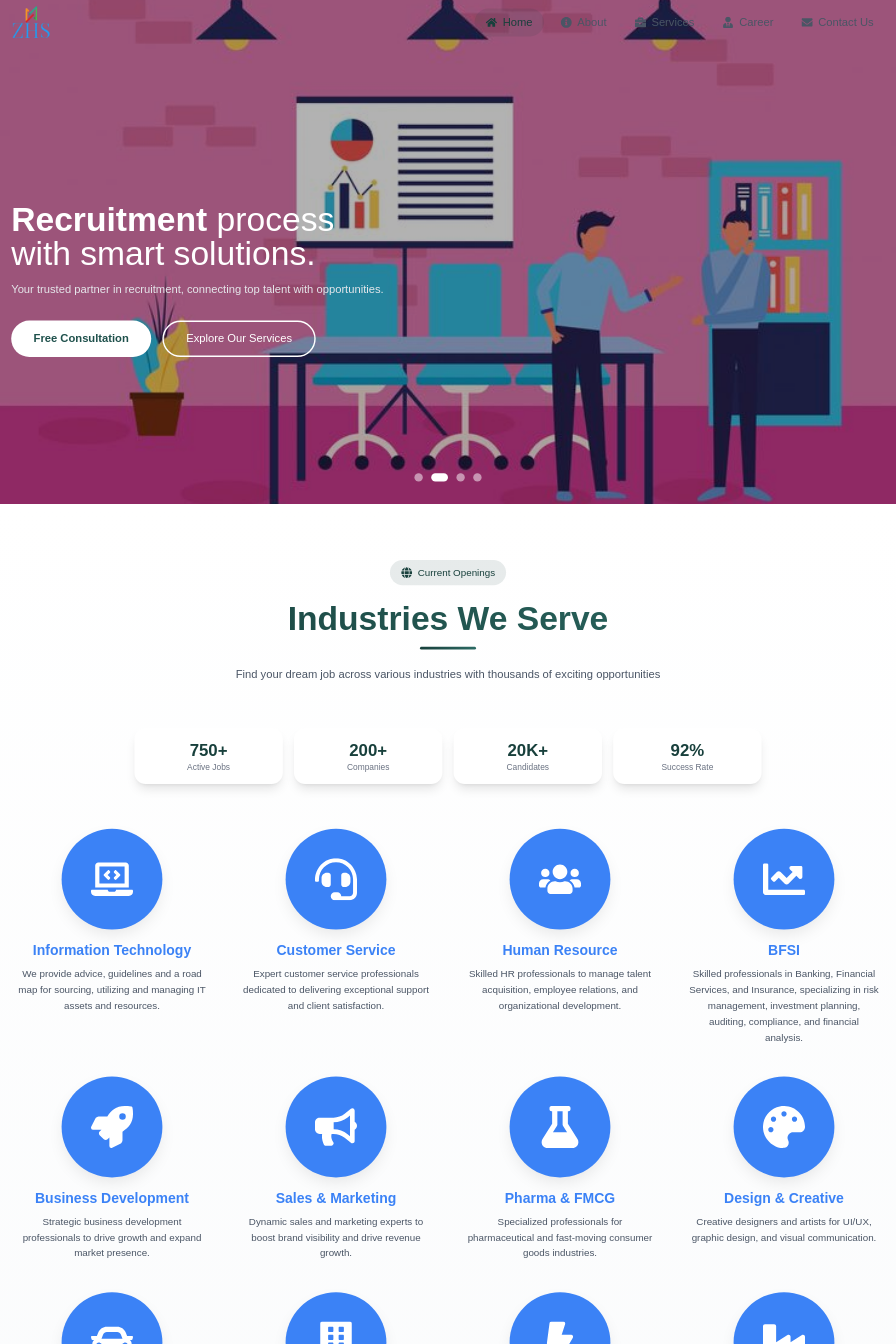
Repository: deepak445566/hiringnew
Page: / (app in hiring/)
An editor plug-in stored every save of this project. The page is shown before and after the next save, followed by the edit.
The browser window is 1280 px wide. The pictures show the part of the page from y = 0 to 1920 px (the page is 3288 px tall), at 70% of full size.
The project was rebuilt for these pictures with package versions that can differ from the ones it lists, and the page was loaded fresh each time. The framework's server and built-in components were replaced by stand-ins that run in the browser. Also part of the build but not shown: hiring/next.config.mjs.

Above is the page before, as saved 2026-03-26 14:04:10.

After the next save:
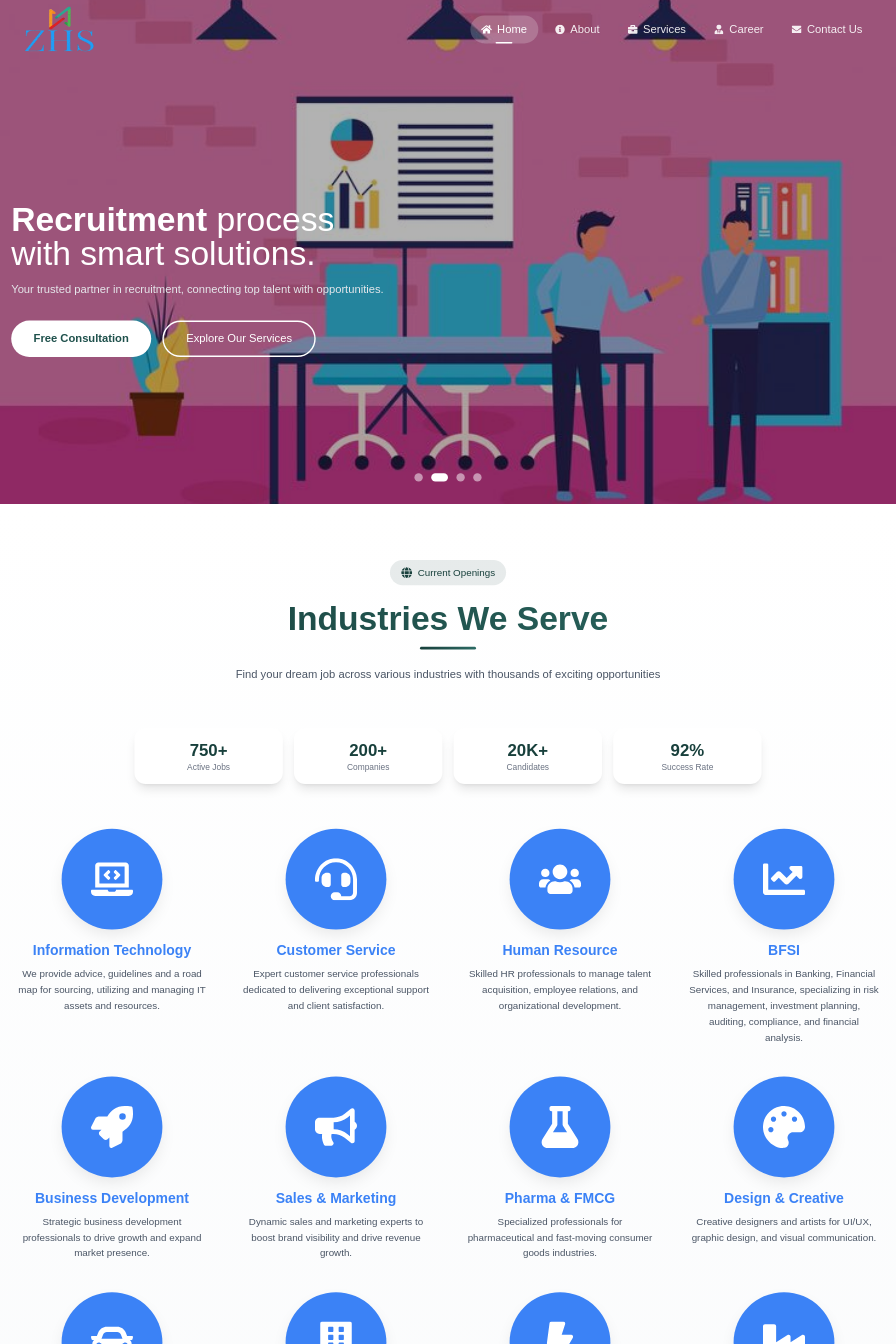
Saved 18 s later.
--- a/hiring/src/components/Navbar.jsx
+++ b/hiring/src/components/Navbar.jsx
@@ -1,8 +1,8 @@
 "use client";
 
-import { useState, useEffect } from "react";
+import React, { useState, useEffect } from "react";
+import { useRouter, usePathname } from "next/navigation";
 import Link from "next/link";
-import { usePathname } from "next/navigation";
 import {
   FaBars,
   FaTimes,
@@ -11,14 +11,18 @@ import {
   FaBriefcase,
   FaUserTie,
   FaEnvelope,
+  FaPhoneAlt,
+  FaArrowRight
 } from "react-icons/fa";
 
 const Navbar = () => {
+  const router = useRouter();
+  const pathname = usePathname();
   const [isOpen, setIsOpen] = useState(false);
   const [scrolled, setScrolled] = useState(false);
+  const [activeLink, setActiveLink] = useState("home");
 
-  const pathname = usePathname(); // ✅ current route
-
+  // Navigation links
   const navLinks = [
     { id: "home", name: "Home", path: "/", icon: FaHome },
     { id: "about", name: "About", path: "/about", icon: FaInfoCircle },
@@ -27,87 +31,130 @@ const Navbar = () => {
     { id: "contact", name: "Contact Us", path: "/contact", icon: FaEnvelope },
   ];
 
-  // Scroll effect
+  // Handle scroll effect
   useEffect(() => {
     const handleScroll = () => {
-      setScrolled(window.scrollY > 50);
+      if (window.scrollY > 50) {
+        setScrolled(true);
+      } else {
+        setScrolled(false);
+      }
     };
 
     window.addEventListener("scroll", handleScroll);
     return () => window.removeEventListener("scroll", handleScroll);
   }, []);
 
+  // Handle active link based on current path
+  useEffect(() => {
+    const active = navLinks.find(link => link.path === pathname);
+    if (active) {
+      setActiveLink(active.id);
+    }
+  }, [pathname]);
+
+  const handleNavClick = (id, path) => {
+    setActiveLink(id);
+    setIsOpen(false);
+    router.push(path);
+  };
+
   return (
-    <nav
-      className={`fixed top-0 left-0 w-full z-50 transition-all duration-300 ${
-        scrolled ? "bg-white shadow-lg py-2" : "bg-transparent py-2"
-      }`}
-    >
-      <div className="container mx-auto px-4">
+    <nav className={`fixed top-0 left-0 w-full z-50 transition-all duration-300 park ${
+      scrolled ? "bg-white shadow-lg py-2" : "bg-transparent py-2"
+    }`}>
+      <div className="container mx-auto px-4 sm:px-6 lg:px-8">
         <div className="flex justify-between items-center">
+          {/* Logo Section */}
+          <div
+            className="flex items-center cursor-pointer group"
+            onClick={() => handleNavClick("home", "/")}
+          >
+            <div className="relative">
+              <img src="/images/logo5.png" className="h-17 w-26" alt="Logo"/>
+            </div>
+          </div>
 
-          {/* Logo */}
-          <Link href="/" className="cursor-pointer">
-            <img src="/images/logo5.png" className="h-12 w-auto" alt="logo" />
-          </Link>
-
-          {/* Desktop */}
-          <div className="hidden md:flex items-center gap-2">
+          {/* Desktop Navigation Links */}
+          <div className="hidden md:flex items-center space-x-1 lg:space-x-2">
             {navLinks.map((link) => {
-              const Icon = link.icon;
-              const isActive = pathname === link.path;
-
+              const IconComponent = link.icon;
+              const isActive = activeLink === link.id;
               return (
-                <Link
+                <button
                   key={link.id}
-                  href={link.path}
-                  className={`px-4 py-2 rounded-full flex items-center gap-2 transition ${
+                  onClick={() => handleNavClick(link.id, link.path)}
+                  className={`relative px-4 py-2 rounded-full font-medium transition-all duration-300 flex items-center gap-2 group ${
                     isActive
-                      ? "text-[#18403C] bg-[#18403C]/10"
-                      : "text-gray-600 hover:text-[#18403C]"
+                      ? scrolled
+                        ? "text-[#18403C] bg-[#18403C]/10"
+                        : "text-white bg-white/20"
+                      : scrolled
+                      ? "text-gray-600 hover:text-[#18403C] hover:bg-gray-100"
+                      : "text-white/90 hover:text-white hover:bg-white/10"
                   }`}
                 >
-                  <Icon />
-                  {link.name}
-                </Link>
+                  <IconComponent className={`text-sm transition-all duration-300 ${
+                    isActive ? "scale-110" : "group-hover:scale-110"
+                  }`} />
+                  <span>{link.name}</span>
+
+                  {/* Active Indicator */}
+                  {isActive && (
+                    <div className={`absolute bottom-0 left-1/2 transform -translate-x-1/2 w-6 h-0.5 rounded-full transition-all duration-300 ${
+                      scrolled ? "bg-[#18403C]" : "bg-white"
+                    }`}></div>
+                  )}
+                </button>
               );
             })}
           </div>
 
-          {/* Mobile Button */}
+          {/* Mobile Menu Button */}
           <button
             onClick={() => setIsOpen(!isOpen)}
-            className="md:hidden"
+            className={`md:hidden p-2 rounded-lg transition-all duration-300 ${
+              scrolled ? "text-[#18403C] hover:bg-gray-100" : "text-white hover:bg-white/10"
+            }`}
           >
             {isOpen ? <FaTimes size={24} /> : <FaBars size={24} />}
           </button>
         </div>
 
-        {/* Mobile Menu */}
-        {isOpen && (
-          <div className="md:hidden mt-4 bg-white p-4 rounded-xl shadow">
+        {/* Mobile Navigation Menu */}
+        <div className={`md:hidden transition-all duration-300 overflow-hidden ${
+          isOpen ? "max-h-96 opacity-100 mt-4" : "max-h-0 opacity-0"
+        }`}>
+          <div className={`rounded-2xl p-4 ${
+            scrolled ? "bg-white shadow-lg" : "bg-white/10 backdrop-blur-lg"
+          }`}>
             {navLinks.map((link) => {
-              const Icon = link.icon;
-              const isActive = pathname === link.path;
-
+              const IconComponent = link.icon;
+              const isActive = activeLink === link.id;
               return (
-                <Link
+                <button
                   key={link.id}
-                  href={link.path}
-                  onClick={() => setIsOpen(false)}
-                  className={`flex items-center gap-3 p-3 rounded-lg ${
+                  onClick={() => handleNavClick(link.id, link.path)}
+                  className={`w-full flex items-center gap-3 px-4 py-3 rounded-xl mb-2 transition-all duration-300 ${
                     isActive
-                      ? "bg-[#18403C]/10 text-[#18403C]"
-                      : "text-gray-600"
+                      ? scrolled
+                        ? "bg-[#18403C]/10 text-[#18403C]"
+                        : "bg-white/20 text-white"
+                      : scrolled
+                      ? "text-gray-600 hover:bg-gray-100"
+                      : "text-white/90 hover:bg-white/10"
                   }`}
                 >
-                  <Icon />
-                  {link.name}
-                </Link>
+                  <IconComponent className="text-lg" />
+                  <span className="font-medium">{link.name}</span>
+                  {isActive && (
+                    <div className="ml-auto w-1.5 h-1.5 bg-[#18403C] rounded-full"></div>
+                  )}
+                </button>
               );
             })}
           </div>
-        )}
+        </div>
       </div>
     </nav>
   );
